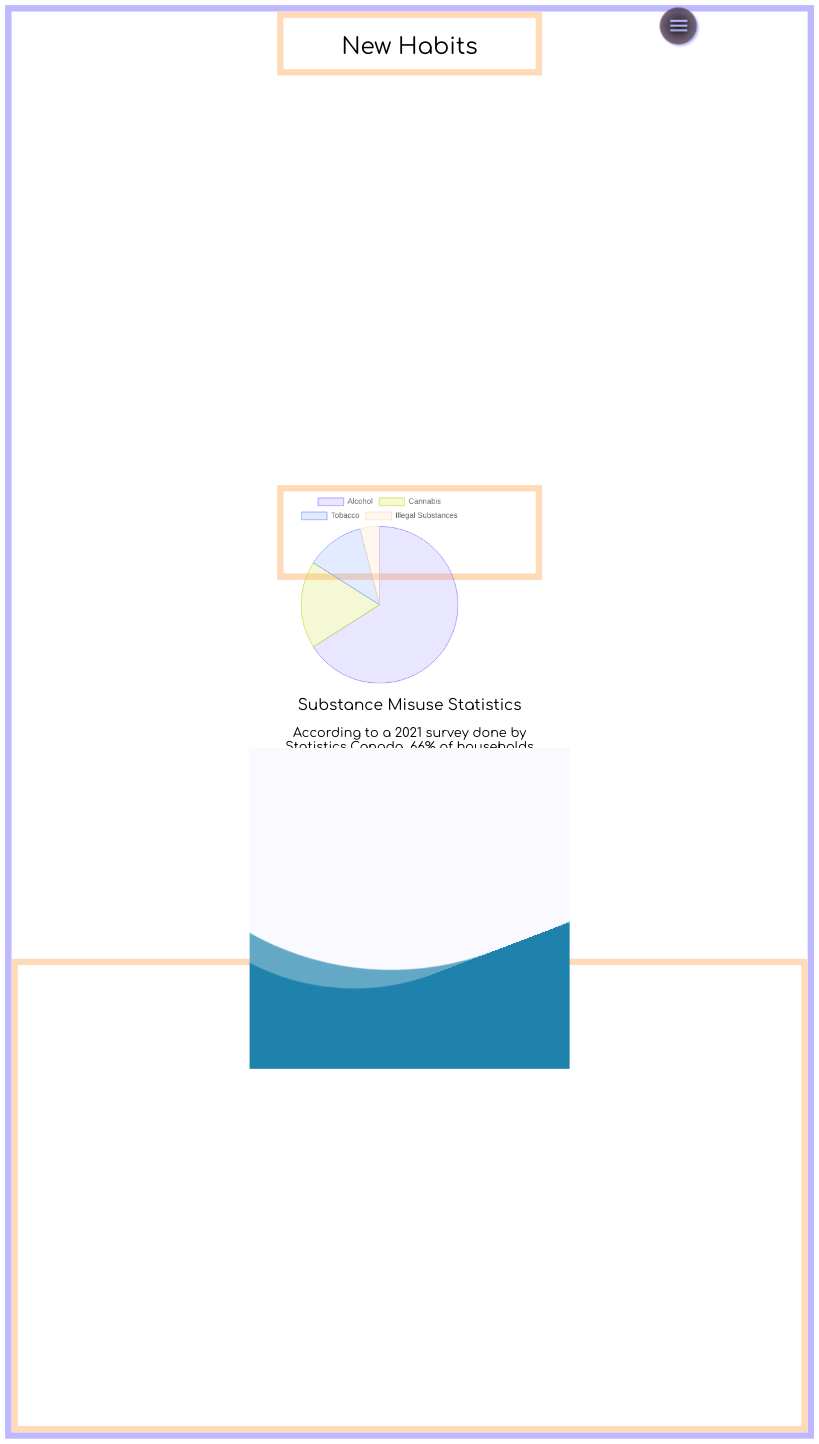
Repository: olivia-sk/MDIA-2109-2106-Big-Project
Page: /statistics3/statistics
An editor plug-in stored every save of this project. The page is shown before and after the next save, followed by the edit.
The browser window is 1280 px wide. The pictures show the whole page, at 64% of full size.
The project was rebuilt for these pictures with package versions that can differ from the ones it lists, and the page was loaded fresh each time. The framework's server and built-in components were replaced by stand-ins that run in the browser. Also part of the build but not shown: next.config.js, styles/globals.css, components/Button/Button.module.css, components/Button/index.js.

Above is the page before, as saved 2023-04-15 15:25:49.

### pages/statistics3/statistics.js
import Head from "next/head";
import Image from "next/image";
import styles from "@/styles/Statistics.module.css";
import Pie from "@/components/PieChart";
import Link from "next/link";
import Navigation from "@/components/Menu";
import Button from "@/components/Button";
import WaterWave from "@/components/WaterWave";


export default function Statistics() {
  return (
    <>
      <Head>
        <title>New Habits Web App</title>
        <meta name="description" content="To identify and help those who suffer from Substance Misuse" />
        <meta name="viewport" content="width=device-width, initial-scale=1" />
        <link rel="icon" href="/favicon.ico" />
      </Head>
      <main className={styles.parent}>
          <div class={styles.div3}>
          <h1 className={styles.title}>New Habits</h1>
          </div>
          <Navigation/>
          <div className={styles.div1}>
            <Pie/>
            <h2>Substance Misuse Statistics</h2>
            <p>According to a 2021 survey done by Statistics Canada, 66% of households claim to use Alcohol. It is believed 50% of those users may develop Substance Misuse Disorder (SUD)</p>
          </div>
          <div class={styles.div2}>
            <WaterWave className={styles.wave} />
          </div>
      </main>
    </>
  )
}

### styles/Statistics.module.css

.parent {
  display: grid;
  grid-template-columns: repeat(3, 1fr);
  grid-template-rows: repeat(3, 1fr);
  grid-column-gap: 0px;
  grid-row-gap: 0px;
  border: solid 10px rgb(190, 185, 255);
}

.div3 {
  grid-area:  1 / 2 / 2 / 3;
  height: 5rem;
  border: solid 10px rgba(255, 218, 185, 1);
}
.title {

  color: black;
  font-family: 'Comfortaa';
  font-style: normal;
  font-weight: 400;
  font-size: 36px;
  line-height: 40px;
  text-align: center;
}
.div1 {
  grid-area: 2 / 2 / 3 / 3;
  height: 8rem;
  border: solid 10px rgba(255, 218, 185, 1);
}
.div1 h2 {
  font-family: 'Comfortaa';
  font-style: normal;
  font-weight: 500;
  font-size: 24px;
  line-height: 27px;
  text-align: center;
  color: black;

}
.div1 p {
  font-family: 'Comfortaa';
  font-style: normal;
  font-weight: 400;
  font-size: 20px;
  line-height: 22px;
  text-align: center;
  color: black;
}
.div2 {
  grid-area: 3 / 1 / 4 / 4;
  border: solid 10px rgba(255, 218, 185, 1);
}

### components/PieChart/index.js
import React from 'react';
import { Chart as ChartJS, ArcElement, Tooltip, Legend } from 'chart.js';
import { Pie } from 'react-chartjs-2';
import styles from '@/components/PieChart/PieChart.module.css'

ChartJS.register(ArcElement, Tooltip, Legend);

export const data = {
  labels: ['Alcohol', 'Cannabis', 'Tobacco', 'Illegal Substances'],
  datasets: [
    {
      label: '% of Household Users',
      data: [66, 18, 12, 4,],
      backgroundColor: [
        'rgba(147, 129, 255, 0.2)',
        'rgba(202, 219, 42, 0.2)',
        'rgba(111, 154, 255, 0.2)',
        'rgba(255, 218, 185, 0.2)',
      ],
      borderColor: [
        'rgba(147, 129, 255, 1)',
        'rgba(202, 219, 42, 1)',
        'rgba(111, 154, 255, 1)',
        'rgba(255, 218, 185, 1)',
      ],
      borderWidth: 1,
    },
  ],
};

export default function App() {
  return (
    <div className={styles.pie}>
        <Pie data={data} />
    </div>
  )
}

### components/Menu/index.js
import React, { useRef } from 'react'
import styles from './Menu.module.css'
import Image from 'next/image'
import Link from 'next/link'

export default function Navigation() {
  const hamburgerRef = useRef();
  const navigationRef = useRef();

  const handleClickOutside = (event) => {
    const isClickInside =
      navigationRef.current.contains(event.target) ||
      hamburgerRef.current.contains(event.target);
    if (!isClickInside) {
      navigationRef.current.classList.remove(styles.active);
      hamburgerRef.current.classList.remove(styles.hidden);
    }
  };

  const handleHamburgerClick = () => {
    navigationRef.current.classList.add(styles.active);
    hamburgerRef.current.classList.add(styles.hidden);
  };

  React.useEffect(() => {
    document.addEventListener("click", handleClickOutside);

    return () => {
      document.removeEventListener("click", handleClickOutside);
    };
  }, []);

  return (
    <>
      <div className={styles.navigation} ref={navigationRef}>
        <button
          className={`${styles.hamburger} ${styles.bar}`}
          onClick={handleHamburgerClick}
          ref={hamburgerRef}
        >
          <Image src="/Menu/burger.png" width={65} height={65} alt='burger menu'/>
        </button>
        <nav>
          <h1 className={styles.menutitle}>Menu</h1>
          <ul>
            <li>
              <Link href="/">Home</Link>
            </li>
            <li>
              <Link href="/get_started5/get_started">Quiz</Link>
            </li>
            <li>
              <Link href="/disclaimer11/disclaimer">Disclaimer</Link>
            </li>
            <li>
              <Link href="/resources13/resources">Resources</Link>
            </li>
          </ul>
        </nav>
      </div>
    </>
  );
}

### components/WaterWave/index.js
import styles from './Wave.module.css'

export default function WaterWave() {
  return (
    <>
        <div className={styles.container}>
            <div className={styles.water_wave}></div>
        </div>
    </>
  )
}

### components/PieChart/PieChart.module.css
.pie {
    width: 300px;
    height: 300px;
}

### components/Menu/Menu.module.css
@import url('https://fonts.googleapis.com/css2?family=Montserrat:wght@400;500;600;700&display=swap');

.navigation {
  position: fixed;
  top: 0;
  right: -500px;
  width: 280px;
  height: 100%;
  background-image: url("/Menu/background.png");
  background-size: cover;
  transition: 0.5s;
  border-radius: 27px 0 0 27px;
  z-index: 3;
}

.menutitle {
  font-family: 'Montserrat', sans-serif;
  font-style: normal;
  font-weight: 400;
  font-size: 24px;
  display: flex;
  align-items: left;
  color: rgba(255, 255, 255, 0.50);
  margin: 1.5rem;
}

.navigation ul li {
  display: flex;
  color: rgba(255, 255, 255, 0.5);
  line-height: 20px;
  text-align: left;
  font-weight: 500;
  list-style-type: none;
  font-size: 14px;
  padding: 20px 30px;
  border-bottom: 0px 64px 64px -32px rgba(41, 15, 0, 100);
  transition: all 0.3s ease;
}

.navigation ul li:hover {
  padding: 16px 20px;
  background-image: url("/Menu/hover.png");
  background-size: cover;
  border-radius: 12px;
  cursor: pointer;
}

.hamburger,
.bar {
  position: fixed;
}

.hamburger {
  display: flex;
  top: 6%;
  left: 80%;
  transform: translateY(-50%);
  border: 0;
  background: 0 0;
  margin-right: 10rem;
  z-index: 3;

}

.hamburger.hidden {
  display: none;
}

.navigation.active {
  right: 0;
  z-index: 3;
}

### components/WaterWave/Wave.module.css
.container {
    display: flex;
    align-items: center;
    justify-content: center;
    min-height: 100vh;
    background-color: tra;
}

.water_wave{
    width: 500px;
    height: 500px;
    background:#1f82ac;
    box-shadow: insert 0 0 20px 0 rgba(0,0,0,0.8);
    position: relative;
    overflow: hidden;
    bottom: 28rem;
}

.water_wave:after,
.water_wave:before {
    content: "";
    position: absolute;
    width: 200%;
    height: 200%;
    top: -50%;
    left: 50%;
    background:#f9f9ff;
}

.water_wave:after{
    border-radius:45%;
    animation: water_wave 5s linear infinite;
}

.water_wave:before{
    border-radius: 35%;
    background: rgba(255,255,255,0.3);
    animation: water_wave 5s linear infinite;
}
@keyframes water_wave{
    0%{
        transform: translate(-50%,-50%) rotate(0deg);
        top: -30%;
    }
    50%{
        transform: translate(-50%,-50%) rotate(180deg);
        top: -40%;
    }
    100%{
        transform: translate(-50%,-50%) rotate(360deg);
        top: -30%;
    }




}

Loaded but not shown: pages/_app.js (common file); pages/_document.js (common file)

After the next save:
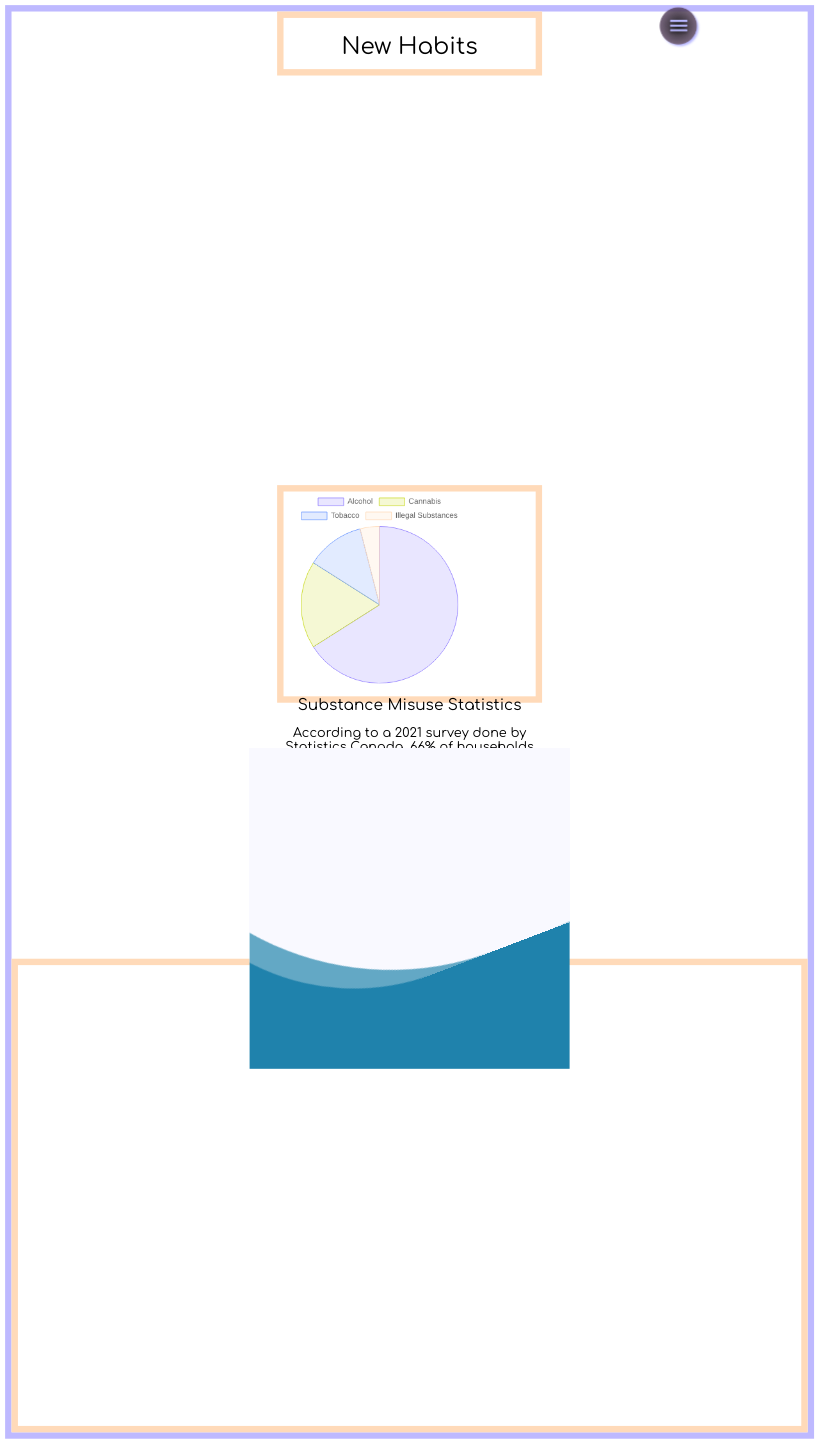
Saved 6 s later.
--- a/styles/Statistics.module.css
+++ b/styles/Statistics.module.css
@@ -25,7 +25,7 @@
 }
 .div1 {
   grid-area: 2 / 2 / 3 / 3;
-  height: 8rem;
+  height: 20rem;
   border: solid 10px rgba(255, 218, 185, 1);
 }
 .div1 h2 {
